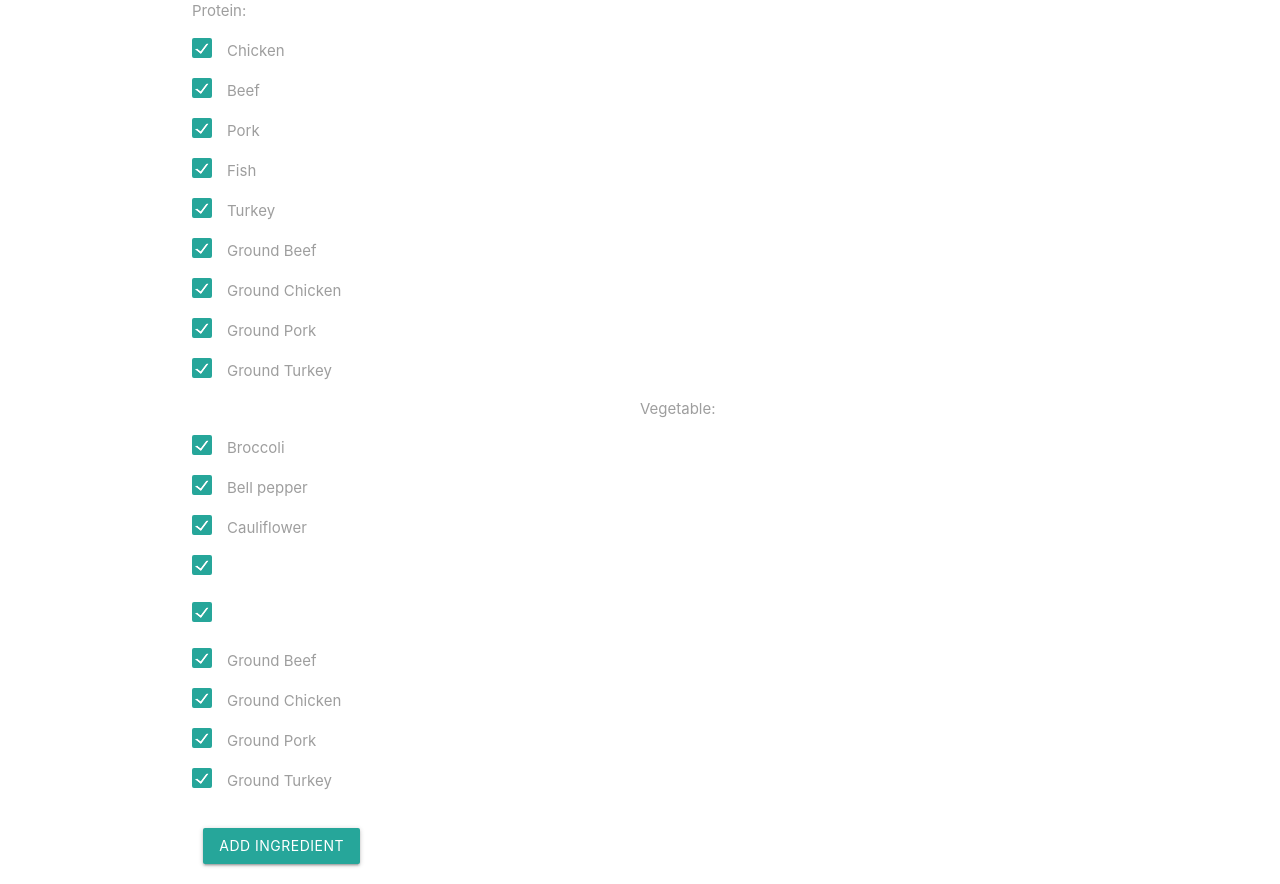
Repository: Aaron-R-Carter/Project1
Page: prototype.html
An editor plug-in stored every save of this project. The page is shown before and after a run of saves, followed by the edit.
The browser window is 1280 px wide. The pictures show the whole page.

Above is the page before, as saved 2019-10-31 23:35:27.
Console error: SyntaxError: Unexpected token '<'

### prototype.html
<!DOCTYPE html>
<html>

<head>
    <!--Import Google Icon Font-->
    <link href="https://fonts.googleapis.com/icon?family=Material+Icons" rel="stylesheet">
    <!--Import materialize.css-->
    <link rel="stylesheet" href="https://cdnjs.cloudflare.com/ajax/libs/materialize/1.0.0/css/materialize.min.css">
    <link rel="stylesheet" href="./prototype.css">
    <!--Let browser know website is optimized for mobile-->
    <meta name="viewport" content="width=device-width, initial-scale=1.0" />

</head>

<body>

    <div class="container">
        <div id="check-box" class="row">
            <div class="protein-col m3">

                <form action="#">
                    <label type="text" class="label">Protein:</label>
                    <p>
                        <label>
                            <input type="checkbox" class="filled-in" checked="checked" />
                            <span>Chicken</span>
                        </label>
                    </p>
                    <p>
                        <label>
                            <input type="checkbox" class="filled-in" checked="checked" />
                            <span>Beef</span>
                        </label>
                    </p>
                    <p>
                        <label>
                            <input type="checkbox" class="filled-in" checked="checked" />
                            <span>Pork</span>
                        </label>
                    </p>
                    <p>
                        <label>
                            <input type="checkbox" class="filled-in" checked="checked" />
                            <span>Fish</span>
                        </label>
                    </p>
                    <p>
                        <label>
                            <input type="checkbox" class="filled-in" checked="checked" />
                            <span>Turkey</span>
                        </label>
                    </p>
                    <p>
                        <label>
                            <input type="checkbox" class="filled-in" checked="checked" />
                            <span>Ground Beef</span>
                        </label>
                    </p>
                    <p>
                        <label>
                            <input type="checkbox" class="filled-in" checked="checked" />
                            <span>Ground Chicken</span>
                        </label>
                    </p>
                    <p>
                        <label>
                            <input type="checkbox" class="filled-in" checked="checked" />
                            <span>Ground Pork</span>
                        </label>
                    </p>
                    <p>
                        <label>
                            <input type="checkbox" class="filled-in" checked="checked" />
                            <span>Ground Turkey</span>
                        </label>
                    </p>

                    <div class="vegetable col m6"></div>

                    <form action="#">
                            <label type="text" class="label">Vegetable:</label>
                            <p>
                                <label>
                                    <input type="checkbox" class="filled-in" checked="checked" />
                                    <span>Broccoli</span>
                                </label>
                            </p>
                            <p>
                                <label>
                                    <input type="checkbox" class="filled-in" checked="checked" />
                                    <span>Bell pepper</span>
                                </label>
                            </p>
                            <p>
                                <label>
                                    <input type="checkbox" class="filled-in" checked="checked" />
                                    <span>Cauliflower</span>
                                </label>
                            </p>
                            <p>
                                <label>
                                    <input type="checkbox" class="filled-in" checked="checked" />
                                    <span></span>
                                </label>
                            </p>
                            <p>
                                <label>
                                    <input type="checkbox" class="filled-in" checked="checked" />
                                    <span></span>
                                </label>
                            </p>
                            <p>
                                <label>
                                    <input type="checkbox" class="filled-in" checked="checked" />
                                    <span>Ground Beef</span>
                                </label>
                            </p>
                            <p>
                                <label>
                                    <input type="checkbox" class="filled-in" checked="checked" />
                                    <span>Ground Chicken</span>
                                </label>
                            </p>
                            <p>
                                <label>
                                    <input type="checkbox" class="filled-in" checked="checked" />
                                    <span>Ground Pork</span>
                                </label>
                            </p>
                            <p>
                                <label>
                                    <input type="checkbox" class="filled-in" checked="checked" />
                                    <span>Ground Turkey</span>
                                </label>
                            </p>
                </form>
            </div>


        </div>
        <form id="ingredient-add-btn" class="row">

            <!-- Button will trigger new ingredient to be added -->
            <div class="col s 12">
                <input id="add " class="btn btn-primary mb-2" type="submit" value="add ingredient">
            </div>
        </form>


        <div id="ingredient-view-button"></div>

    </div>



    <script src="https://code.jquery.com/jquery-3.4.1.min.js"
        integrity="sha256-CSXorXvZcTkaix6Yvo6HppcZGetbYMGWSFlBw8HfCJo=" crossorigin="anonymous"></script>
    <script src="https://cdnjs.cloudflare.com/ajax/libs/materialize/1.0.0/js/materialize.min.js"></script>
    <script src="./script.js"></script>

</body>

</html>

### prototype.css
#form-page {
    width: 100%;

    border: 2px solid black;
}
.label {
    font-size: 15px;
}
.input-field col m6{
   float:left;
}

### script.js

    <div id="left-box">
    <form id="ingredient-form">
        <label for="ingredient-input">List of Ingredients:</label>
        <br>
        <input type="text" id="ingredient-input" placeholder="Ingredients">

        <!-- Button will trigger new ingredients to be added -->
        <input id="add " class="btn btn-primary mb-2" type="submit" value="Add a zipcode">
    </form>

    <div id="zipcode-view"></div>
</div>

After the next 3 saves:
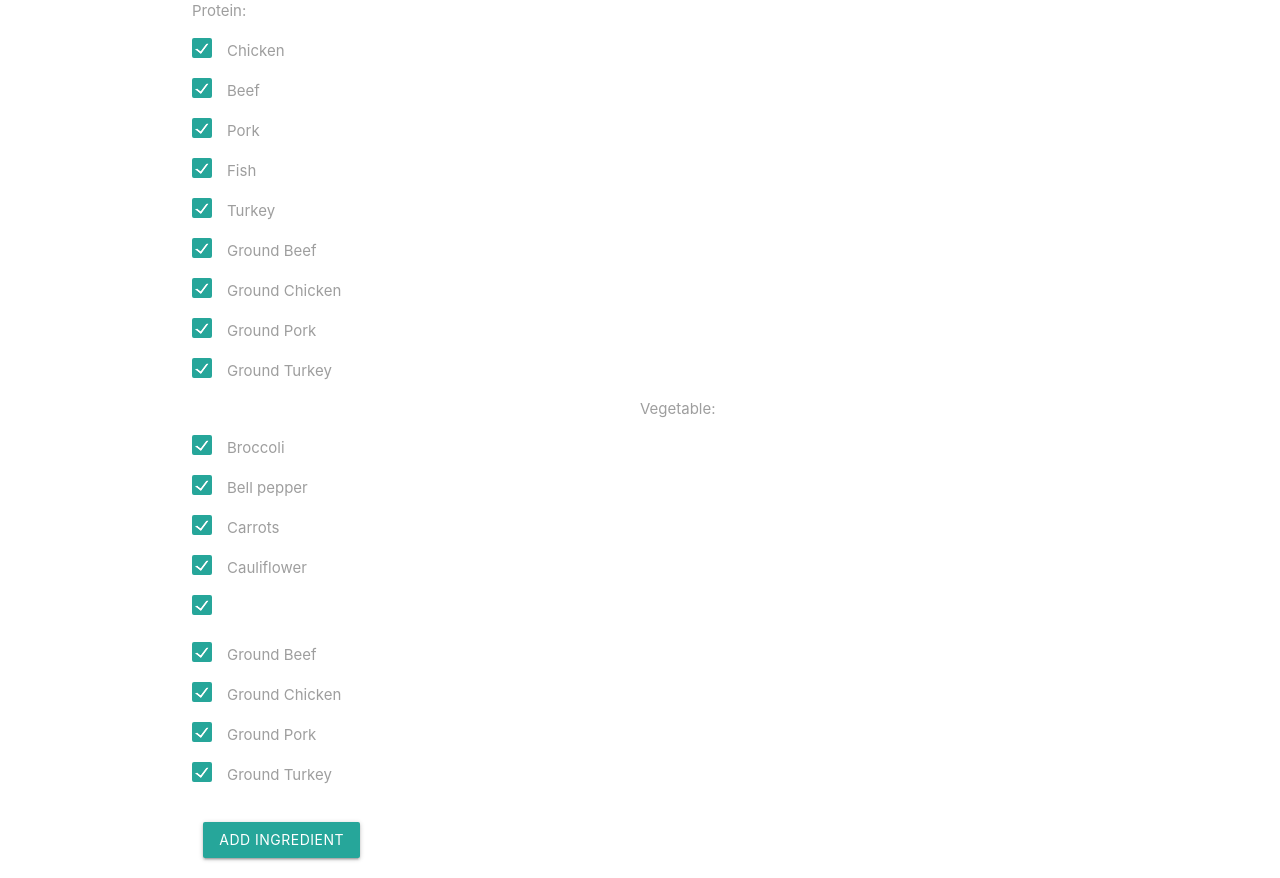
The 3 saves are shown as one change because they came seconds apart.
The last was saved 18 s later.
--- a/prototype.html
+++ b/prototype.html
@@ -94,13 +94,13 @@
                             <p>
                                 <label>
                                     <input type="checkbox" class="filled-in" checked="checked" />
-                                    <span>Cauliflower</span>
+                                    <span>Carrots</span>
                                 </label>
                             </p>
                             <p>
                                 <label>
                                     <input type="checkbox" class="filled-in" checked="checked" />
-                                    <span></span>
+                                    <span>Cauliflower</span>
                                 </label>
                             </p>
                             <p>
